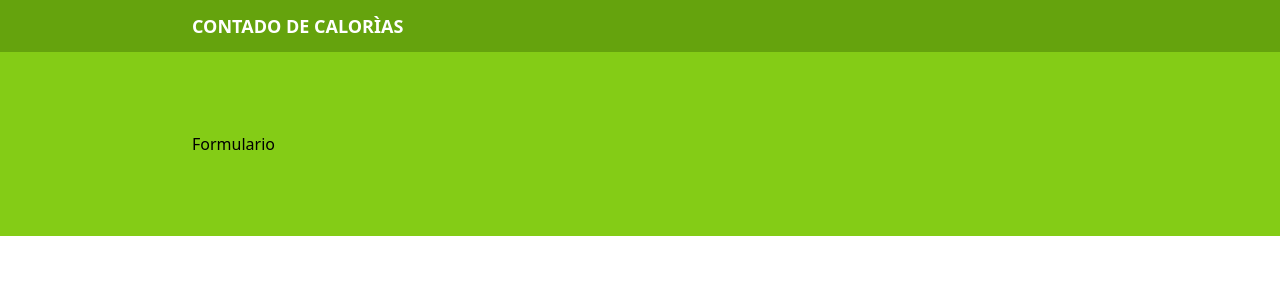
Repository: Matiiu/calorie-tracker
Page: /
The author's editor kept a copy of each file at every save. The page is drawn from the files as they stood at one save, then again after the next save.
The browser window is 1280 px wide. The pictures show the whole page.
The project was rebuilt for these pictures with package versions that can differ from the ones it lists, and the page was loaded fresh each time. Also part of the build but not shown: vite.config.ts.

Above is the page before, as saved 2024-03-30 22:32:01.

After the next save:
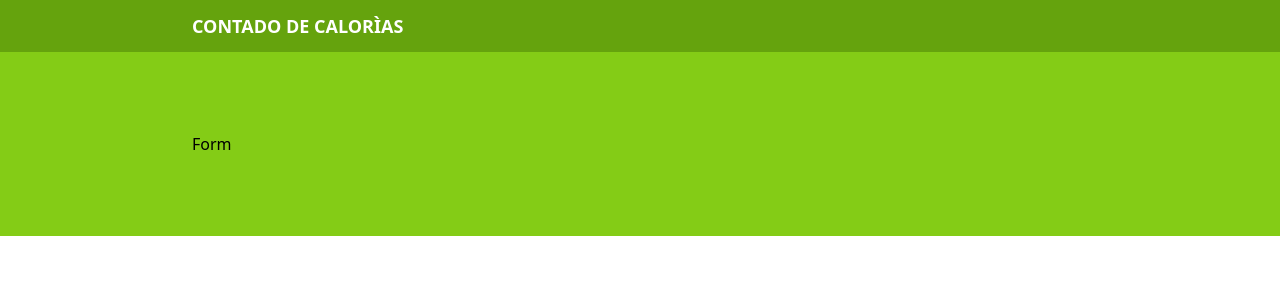
Saved 22 s later.
--- a/src/App.tsx
+++ b/src/App.tsx
@@ -1,4 +1,5 @@
-import Header from "./components/Header"
+import Header from "./components/Header";
+import Form from "./components/Form";
 export default function App() {
   return (
     <>
@@ -6,7 +7,7 @@ export default function App() {
 
       <section className="bg-lime-500 py-20 px-5">
         <div className="max-w-4xl mx-auto">
-          <p>Formulario</p>
+          <Form />
         </div>
       </section>
     </>
